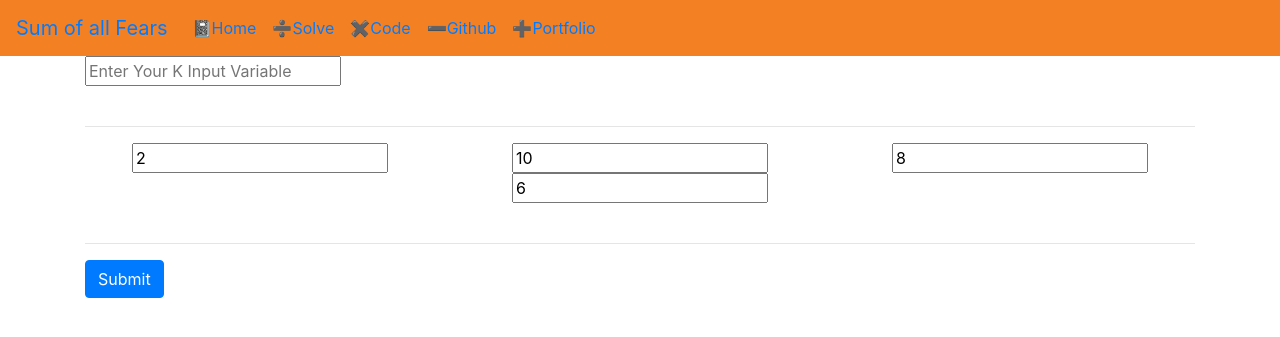
Repository: zhadjah9559/BrainBufferOverflow
Page: solve.html
These files come from the project's save history. The page is drawn as it stood at one moment and after the next save; the edit follows.
The browser window is 1280 px wide. The pictures show the whole page.

Above is the page before, as saved 2021-01-18 01:13:21.

### solve.html
<!doctype html>
<html lang="en">
  <head>
    <title>Title</title>
    <!-- Required meta tags -->
    <meta charset="utf-8">
    <meta name="viewport" content="width=device-width, initial-scale=1, shrink-to-fit=no">

    <!-- Bootstrap CSS -->
    <link rel="stylesheet" href="https://stackpath.bootstrapcdn.com/bootstrap/4.3.1/css/bootstrap.min.css" integrity="sha384-ggOyR0iXCbMQv3Xipma34MD+dH/1fQ784/j6cY/iJTQUOhcWr7x9JvoRxT2MZw1T" crossorigin="anonymous">
  </head>
  <body>

    <nav class="navbar navbar-expand-sm" style="background-color: #F48024;">
        <a class="navbar-brand" href="index.html">Sum of all Fears</a>
        <button class="navbar-toggler d-lg-none" type="button" data-toggle="collapse" data-target="#collapsibleNavId" aria-controls="collapsibleNavId"
            aria-expanded="false" aria-label="Toggle navigation"></button>
        <div class="collapse navbar-collapse" id="collapsibleNavId">
            <ul class="navbar-nav mr-auto mt-2 mt-lg-0">
                <li class="nav-item">
                    <a class="nav-link" href="index.html">📓Home </a>
                </li>
                <li class="nav-item active">
                    <a class="nav-link" href="solve.html">➗Solve<span class="sr-only">(current)</span></a>
                </li>
                 <li class="nav-item">
                    <a class="nav-link" href="code.html">✖Code</a>
                </li> <li class="nav-item">
                    <a class="nav-link" href="https://zacharyhadjah.netlify.app">➖Github</a>
                </li>
                <li class="nav-item">
                    <a class="nav-link" href="https://github.com/zhadjah9559/BrainBufferOverflow">➕Portfolio</a>
                </li>
            </ul>

        </div>
    </nav>

    <div class="container">

        <!--K input variable-->
       <div class="row justify-content-center">
           <div class="col-md ">
            <input type="number" id="kInput" name="kInput"  placeholder="Enter Your K Input Variable">
           </div>
       </div>
       <br/>
       <hr/>

        <!--User Array Inputs-->
        <div class="row justify-content-center">
            <div class="col-md text-center">
                <input type="number" id="arrayInput1" name="arrayInput0" value="2" placeholder="2">
            </div>
            <div class="col-md text-center">
                <input type="number" id="arrayInput2" name="arrayInput1" value="10" placeholder="10">
            </div>
            <div class="col-md text-center">
                <input type="number" id="arrayInput3" name="arrayInput2" value="8" placeholder="8">
            </div>
            <div class="col-md text-center">
                <input type="number" id="arrayInput4" name="arrayInput3" value="6" placeholder="6">
            </div>
            <p id="output">  </p>
        </div>
        <br/>
        <hr/>

        <!---->
        <div class="row justify-content-center">
            <div class="col">
             <input  class="btn btn-primary" type="submit" id="submitBtn" name="submitBtn"/>
            </div>
        </div>


    </div>


    <!-- Optional JavaScript -->
    <!-- jQuery first, then Popper.js, then Bootstrap JS -->
    <script src="https://code.jquery.com/jquery-3.3.1.slim.min.js" integrity="sha384-q8i/X+965DzO0rT7abK41JStQIAqVgRVzpbzo5smXKp4YfRvH+8abtTE1Pi6jizo" crossorigin="anonymous"></script>
    <script src="https://cdnjs.cloudflare.com/ajax/libs/popper.js/1.14.7/umd/popper.min.js" integrity="sha384-UO2eT0CpHqdSJQ6hJty5KVphtPhzWj9WO1clHTMGa3JDZwrnQq4sF86dIHNDz0W1" crossorigin="anonymous"></script>
    <script src="https://stackpath.bootstrapcdn.com/bootstrap/4.3.1/js/bootstrap.min.js" integrity="sha384-JjSmVgyd0p3pXB1rRibZUAYoIIy6OrQ6VrjIEaFf/nJGzIxFDsf4x0xIM+B07jRM" crossorigin="anonymous"></script>
    <script src="js/site.js"></script>
  </body>
</html>

### js/site.js
    // document.getElementById("btnSubmit").addEventListener("click", doJsWork)

    // hardCodedArray = [10, 15, 3, 7];
    // let numk = parseInt(document.getElementById("kInput").value)
    // let found = false;

    // //Regular program that is working without extra credit
    // function doJsWork(){
    //     for(let i = 0; i = hardCodedArray.length -1; i++){
    //         for (let j = 1; j < hardCodedArray.length; j++) {
    //             if( hardCodedArray[i] + hardCodedArray[j] == numK ){
    //                 output.innerText = `Your number was found! ${hardCodedArray[i]} + ${hardCodedArray[j]} = ${numK}`
    //                 found = true;
    //                 break;
    //             }
    //         }
    //     }
    //     if(!found){
    //         output.innerText = `Your number was not found!`
    //     }
    // }

    //-----------------------------------------------------------------------------------
    //Extra credit
    let numK = document.getElementById("kInput");
    let results = document.getElementById("output");
    let userArray = []
    let ARRAY_SIZE = 4
    document.getElementById("submitBtn").addEventListener("click", evaluateUserInput);

    function evaluateUserInput(){
               //initialize the user inputs using a for loops
               for (let i = 0; i < ARRAY_SIZE; i++) {
                userArray[i] = document.getElementById(`${arrayInput[i]}`)
            }

            for(let i = 0; i = userArray.length -1; i++){
                for (let j = 1; j < userArray.length; j++) {
                    if( userArray[i] + userArray[j] == numK ){
                        output.innerText = `Your number was found! ${userArray[i]} + ${userArray[j]} = ${numK}`
                        found = true;
                        break;
                    }
                }
            }
            if(!found){
                output.innerText = `Your number was not found!`
            }
    }


    //generate array of length that will contain 20 elements
    //those 20 elements will all be random numbers
    // function generateArray() {
    //     let ARRAY_LENGTH = 20                                   //parseInt(document.getElementById("arrayNum").value);
    //     let randomArray = []
    //     for (let i = 0; i < ARRAY_LENGTH; i++) {
    //         randomArray.push(Math.floor(Math.random() * 100) + 1)
    //     }
    //     return randomArray;
    // }

After the next save:
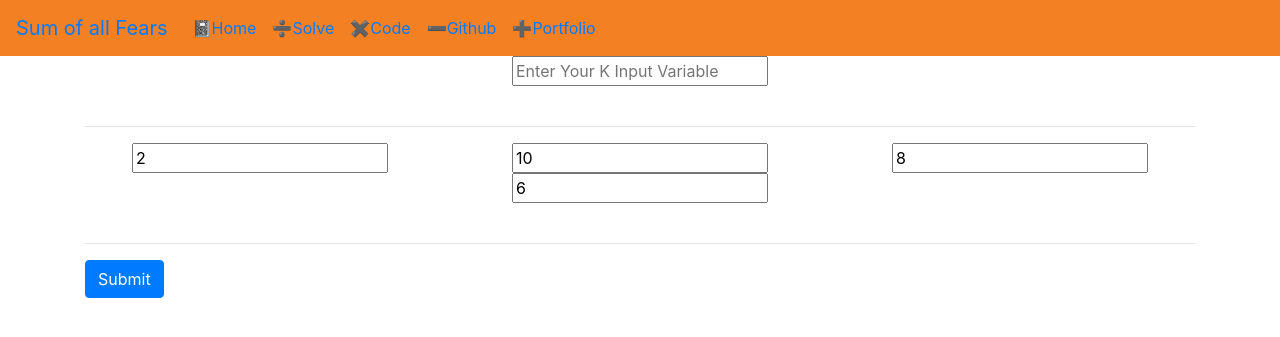
Saved 5 s later.
--- a/solve.html
+++ b/solve.html
@@ -40,7 +40,7 @@
 
         <!--K input variable-->
        <div class="row justify-content-center">
-           <div class="col-md ">
+           <div class="col-md- ">
             <input type="number" id="kInput" name="kInput"  placeholder="Enter Your K Input Variable">
            </div>
        </div>

After the save that followed:
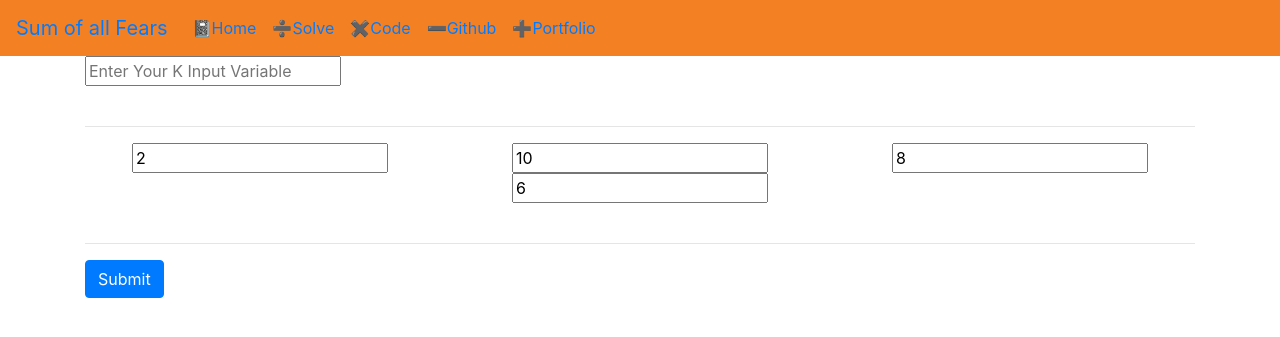
Saved 11 s later.
--- a/solve.html
+++ b/solve.html
@@ -40,7 +40,7 @@
 
         <!--K input variable-->
        <div class="row justify-content-center">
-           <div class="col-md- ">
+           <div class="col-md ">
             <input type="number" id="kInput" name="kInput"  placeholder="Enter Your K Input Variable">
            </div>
        </div>
